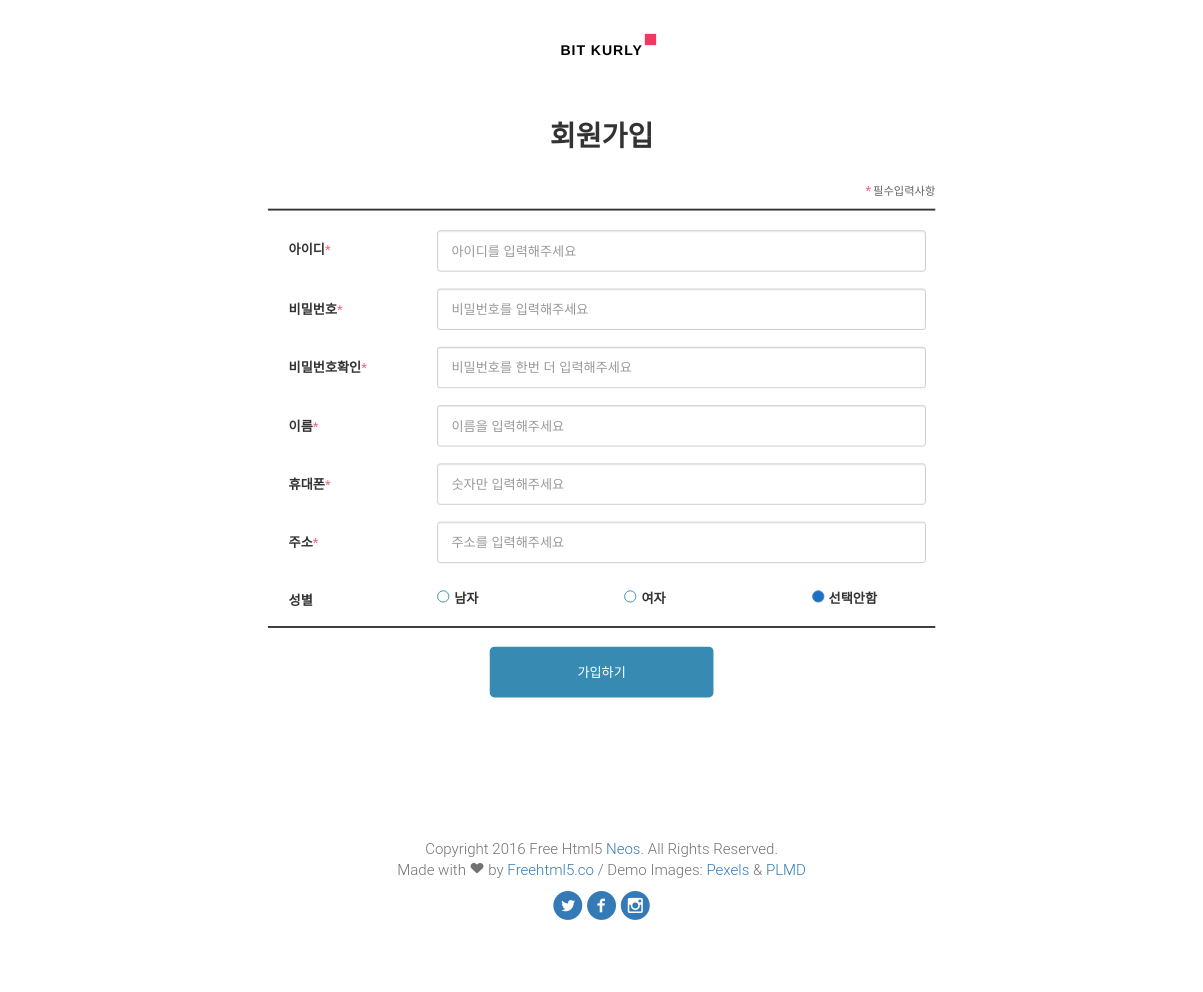
Repository: JungEun-Park/UI_UX_Web_Project
Page: http://localhost/marketKurly_Project/view/join/signUp.jsp
These files come from the project's save history. The page is drawn as it stood at one moment and after the next save; the edit follows.
The browser window is 1280 px wide. The pictures show the whole page, at 94% of full size.
Some web fonts or font styles are not loaded; a fallback is used. Some web libraries are served in a nearby version. The page is served by Tomcat 9. Nobody is signed in. The application's start-up code is not run.

Above is the page before, as saved 2021-05-10 08:19:25.

After the next save:
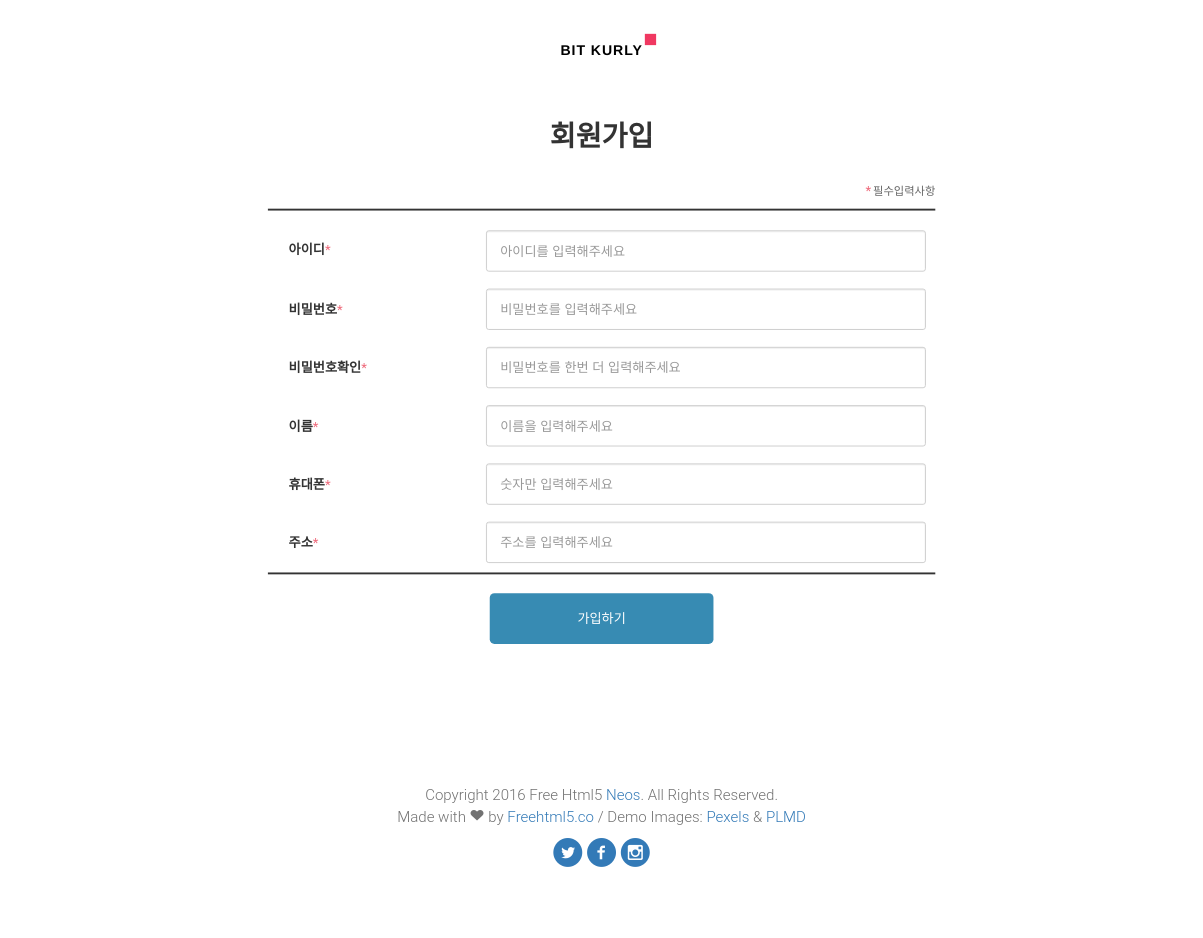
Saved 30 s later.
--- a/marketKurly_Project/WebContent/view/join/signUp.jsp
+++ b/marketKurly_Project/WebContent/view/join/signUp.jsp
@@ -201,24 +201,7 @@
 									</td> -->
 								</tr>
 
-								<tr class="select_sex">
-
-									<th>성별</th>
-									<td class="route">
-										<label class="">
-											<input type="radio" name="sex" value="m">
-											<span class="ico"></span>남자
-										</label>
-										<label class="">
-											<input type="radio" name="sex" value="w">
-											<span class="ico"></span>여자
-										</label>
-										<label class="checked">
-											<input type="radio" name="sex" value="n" checked="checked">
-											<span class="ico"></span>선택안함
-										</label>
-									</td>
-								</tr>
+
 
 								<!-- <tr class="route" id="selectRecommend">
 									<th>추가입력 사항</th>
